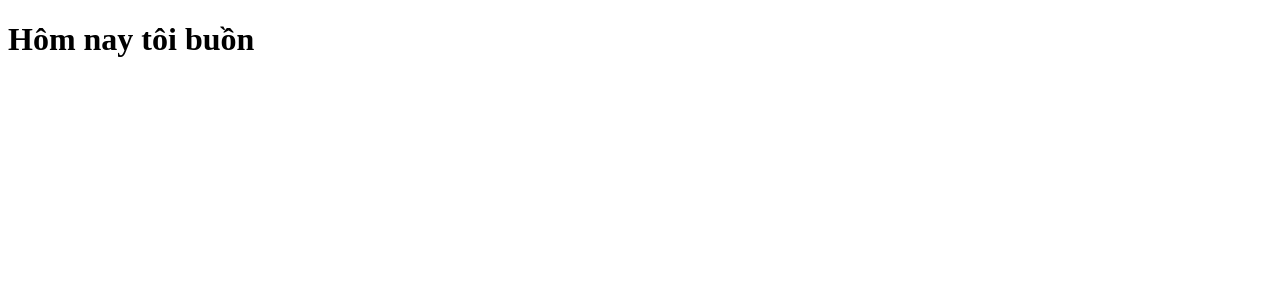
Repository: ncm552k/git-demo
Page: index.html
These files come from the project's save history. The page is drawn as it stood at one moment and after the next save; the edit follows.
The browser window is 1280 px wide. The pictures show the whole page.

Above is the page before, as saved 2022-04-09 00:51:37.

### index.html
<!DOCTYPE html>
<html lang="en">
<head>
    <meta charset="UTF-8">
    <meta http-equiv="X-UA-Compatible" content="IE=edge">
    <meta name="viewport" content="width=device-width, initial-scale=1.0">
    <title>Document</title>
</head>
<body>
    <h1>Hôm nay tôi buồn</h1>
</body>
</html>

Loaded but not shown: index2.css (common file)

After the next save:
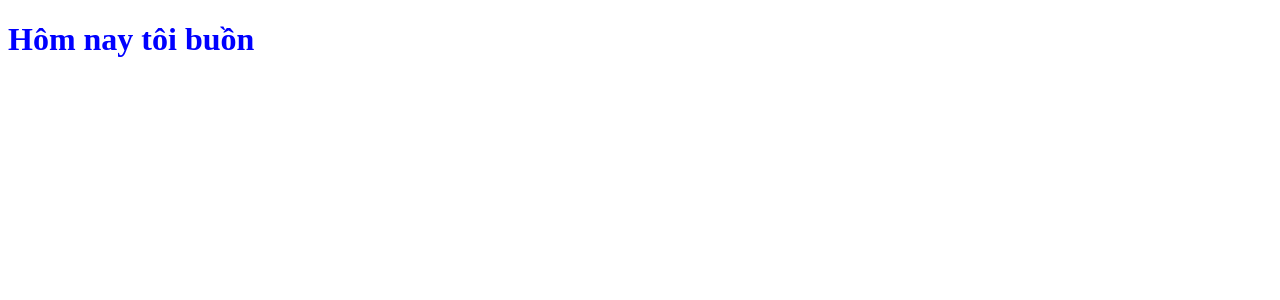
Saved 29 s later.
--- a/index.html
+++ b/index.html
@@ -4,6 +4,7 @@
     <meta charset="UTF-8">
     <meta http-equiv="X-UA-Compatible" content="IE=edge">
     <meta name="viewport" content="width=device-width, initial-scale=1.0">
+    <link rel="stylesheet" href="index2.css">
     <title>Document</title>
 </head>
 <body>
